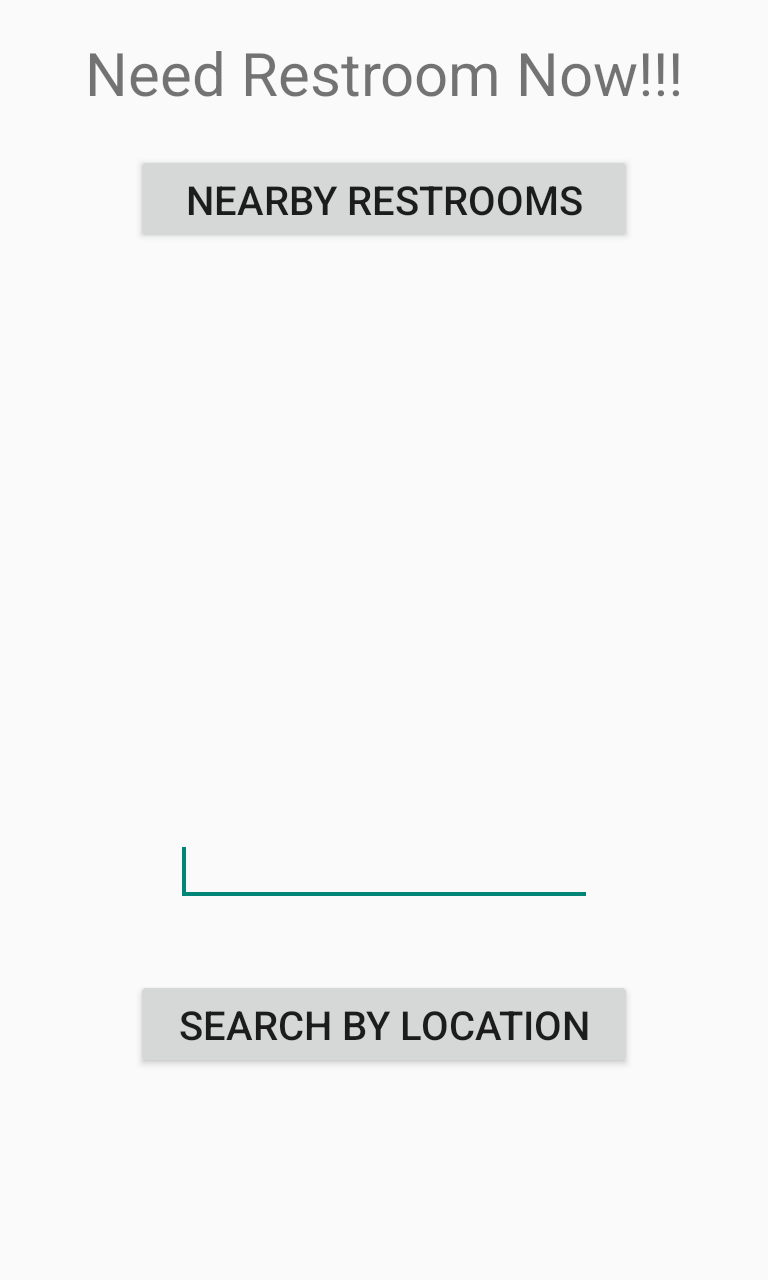
Repository: SarahDowlath/DebraGotToGo
Layout: GottahGo!/res/layout/fragment_main.xml
The author's editor kept a copy of each file at every save. The layout is drawn from the files as they stood at one save, then again after the next save.
It is drawn on a 768 x 1280 px phone screen (xhdpi) without system bars, with theme AppTheme; the app's code is not run.

Above is the layout before, as saved 2014-07-08 16:51:28.

After the next save:
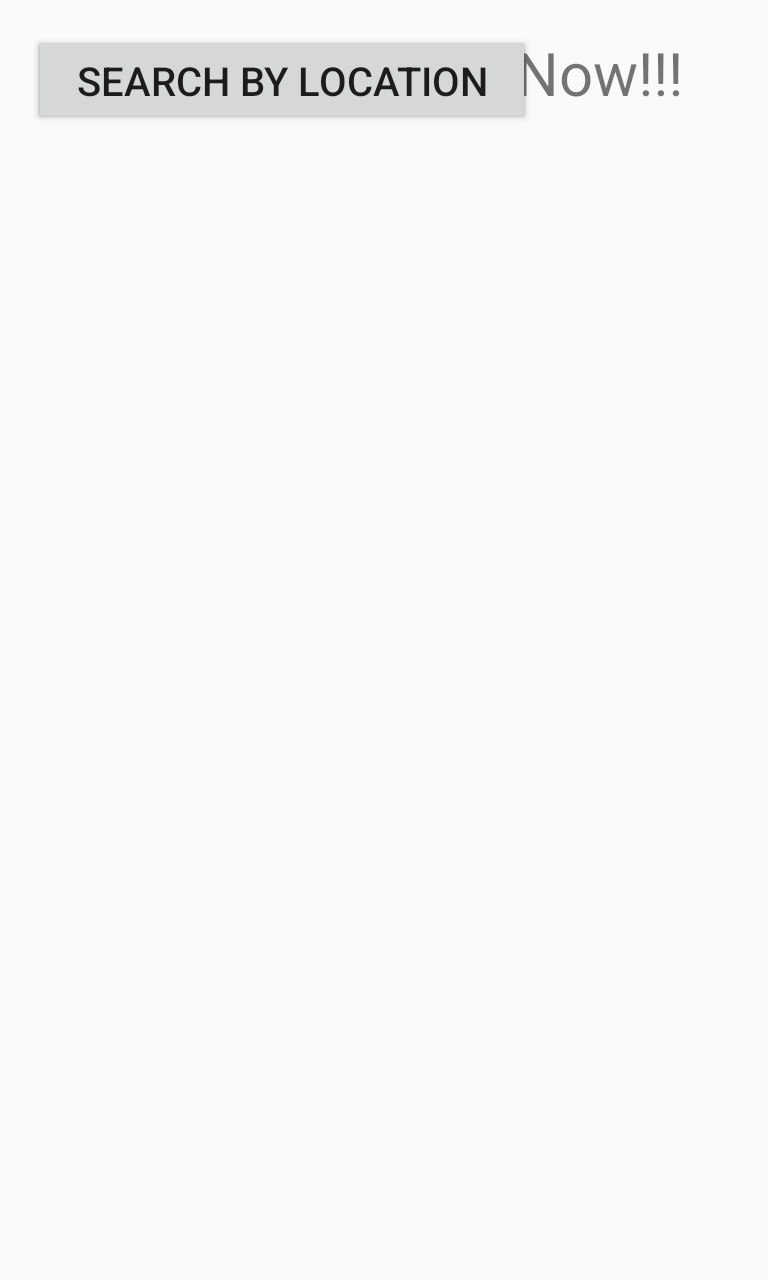
Saved 2 min 50 s later.
--- a/GottahGo!/res/layout/fragment_main.xml
+++ b/GottahGo!/res/layout/fragment_main.xml
@@ -1,4 +1,4 @@
-<RelativeLayout xmlns:android="http://schemas.android.com/apk/res/android"
+<AbsoluteLayout xmlns:android="http://schemas.android.com/apk/res/android"
     xmlns:tools="http://schemas.android.com/tools"
     android:layout_width="match_parent"
     android:layout_height="match_parent"
@@ -56,4 +56,4 @@
 
 
 
-</RelativeLayout>
+</AbsoluteLayout>>

After the save that followed:
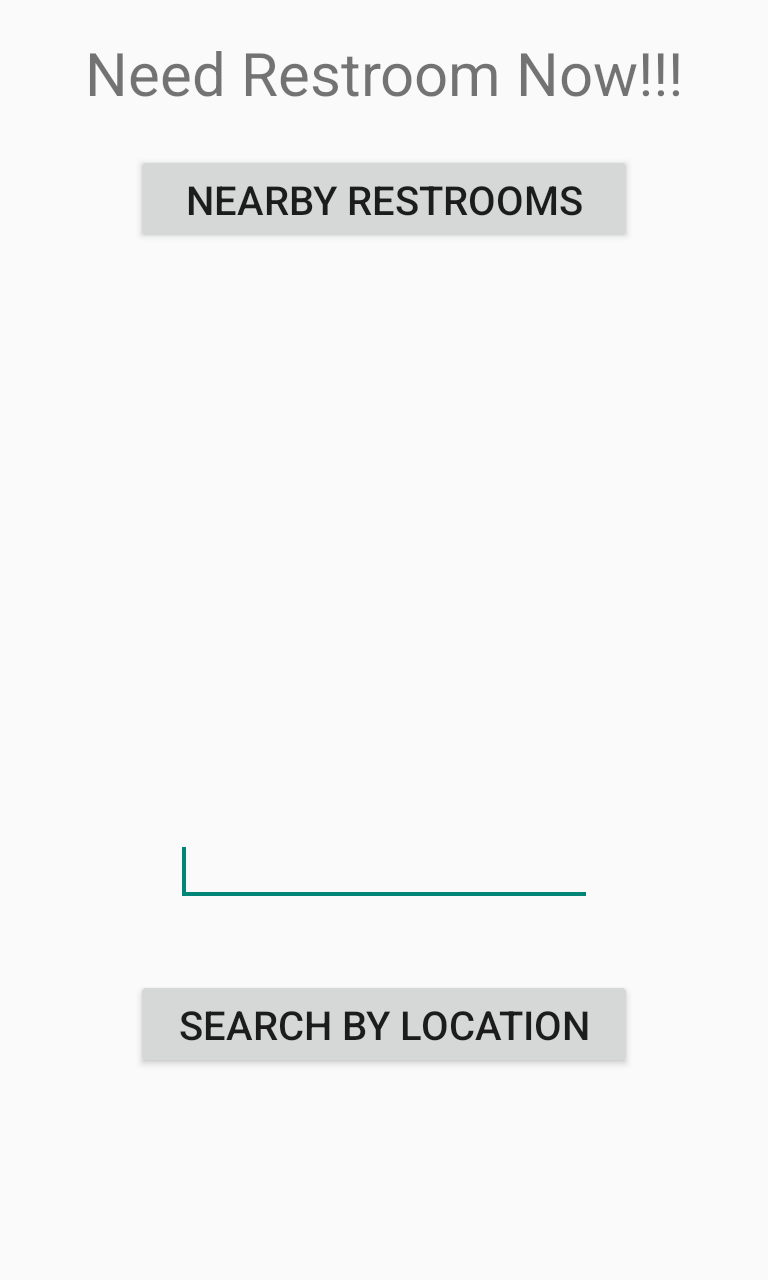
Saved 64 s later.
--- a/GottahGo!/res/layout/fragment_main.xml
+++ b/GottahGo!/res/layout/fragment_main.xml
@@ -1,4 +1,4 @@
-<AbsoluteLayout xmlns:android="http://schemas.android.com/apk/res/android"
+<RelativeLayout xmlns:android="http://schemas.android.com/apk/res/android"
     xmlns:tools="http://schemas.android.com/tools"
     android:layout_width="match_parent"
     android:layout_height="match_parent"
@@ -56,4 +56,4 @@
 
 
 
-</AbsoluteLayout>>
+</RelativeLayout>
